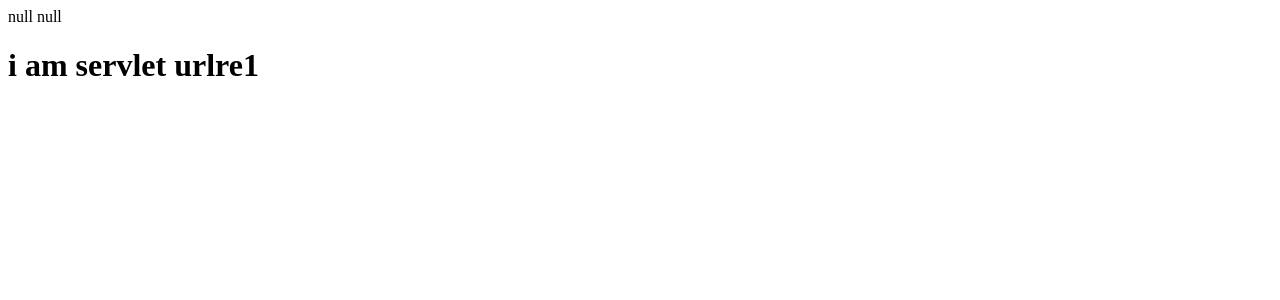
Repository: mubashirkhan1/Corejsvs__Programs
Page: http://localhost/TestWeb/Urlre1
An editor plug-in stored every save of this project. The page is shown before and after a run of saves, followed by the edit.
The browser window is 1280 px wide. The pictures show the whole page.
The page is served by Tomcat 9. Other server files are loaded and not shown.

Above is the page before, as saved 2021-03-09 22:00:06.

### basicprogram/TestWeb/src/com/Urlre1/Urlre1.java
package com.Urlre1;

import java.io.IOException;
import java.io.PrintWriter;

import javax.servlet.ServletException;
import javax.servlet.annotation.WebServlet;
import javax.servlet.http.HttpServlet;
import javax.servlet.http.HttpServletRequest;
import javax.servlet.http.HttpServletResponse;

@WebServlet("/Urlre1")
public class Urlre1 extends HttpServlet {
	private static final long serialVersionUID = 1L;


	protected void doGet(HttpServletRequest rq, HttpServletResponse rs) throws ServletException, IOException {
		String s1=rq.getParameter("username");
		String s2=rq.getParameter("pass");

		 rs.setContentType("text/html");
			PrintWriter pw=rs.getWriter();
			pw.println(s1);
			pw.println(s2);
			pw.println("<h1>i am servlet urlre1<h1>");
	}

}

After the next 2 saves:
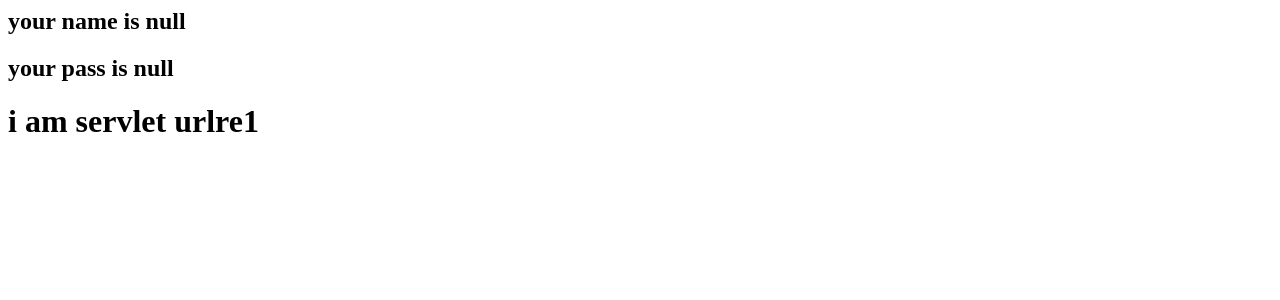
The 2 saves are shown as one change because 1 did not build or start.
The last was saved 5 min 38 s later.
--- a/basicprogram/TestWeb/src/com/Urlre1/Urlre1.java
+++ b/basicprogram/TestWeb/src/com/Urlre1/Urlre1.java
@@ -20,8 +20,8 @@ public class Urlre1 extends HttpServlet {
 
 		 rs.setContentType("text/html");
 			PrintWriter pw=rs.getWriter();
-			pw.println(s1);
-			pw.println(s2);
+			pw.println("<h2> your name is   "+s1+"</h2>");
+			pw.println("<h2> your pass is   "+s2+"</h2>");
 			pw.println("<h1>i am servlet urlre1<h1>");
 	}
 
